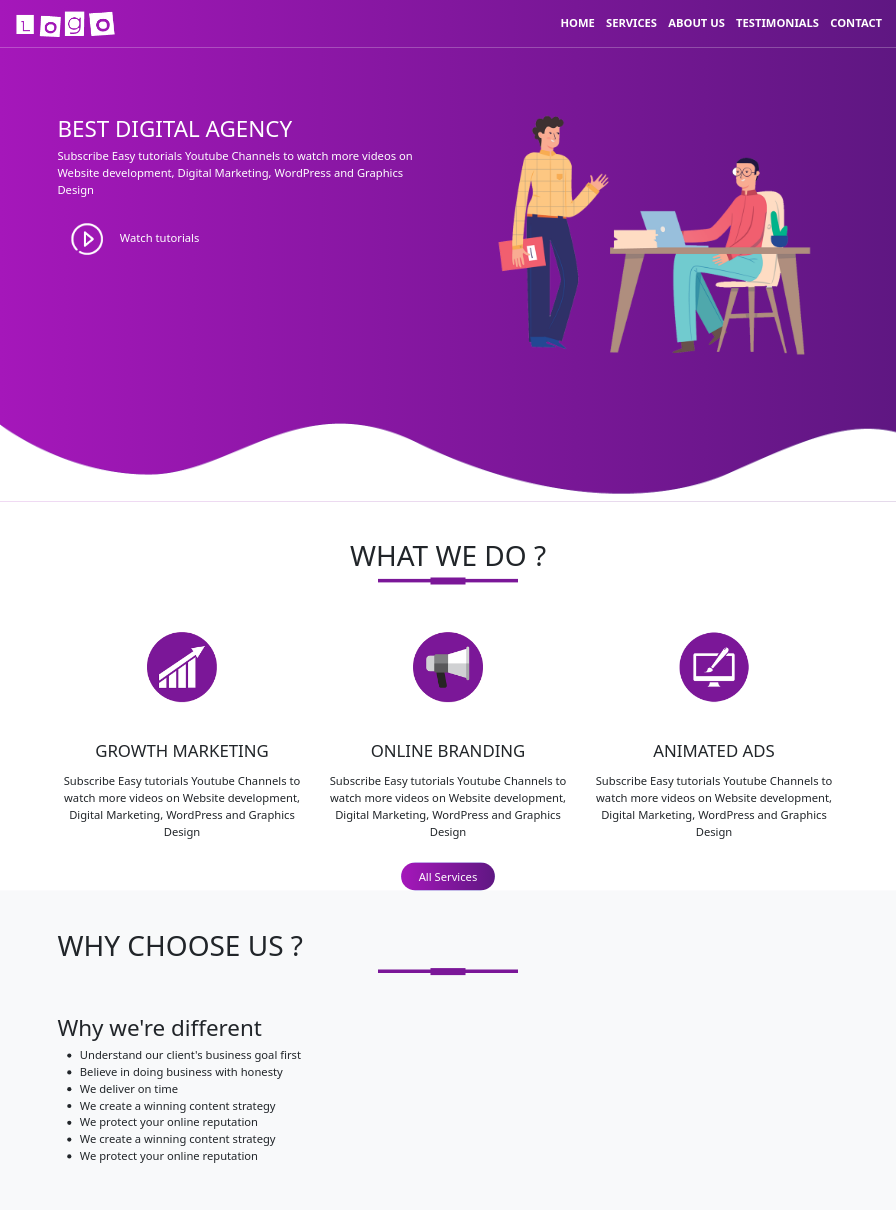
Repository: wadelfadill/Bootstrap_tache_2_website_design
Page: index.html
These files come from the project's save history. The page is drawn as it stood at one moment and after the next save; the edit follows.
The browser window is 1280 px wide. The pictures show the whole page, at 70% of full size.
Some web libraries are served in a nearby version.

Above is the page before, as saved 2023-04-05 17:40:49.

### index.html
<!DOCTYPE html>
<html lang="en">
<head>
    <meta charset="UTF-8">
    <meta http-equiv="X-UA-Compatible" content="IE=edge">
    <meta name="viewport" content="width=device-width, initial-scale=1.0">
    <!-- bootstrap css link -->
    <link href="https://cdn.jsdelivr.net/npm/bootstrap@5.1.3/dist/css/bootstrap.min.css" rel="stylesheet" integrity="sha384-1BmE4kWBq78iYhFldvKuhfTAU6auU8tT94WrHftjDbrCEXSU1oBoqyl2QvZ6jIW3" crossorigin="anonymous">
    <!-- css sheet link -->
    <link rel="stylesheet" href="style.css">
    <!-- fontawsome link -->
    <link rel="stylesheet" href="https://cdn.jsdelivr.net/npm/@fortawesome/fontawesome-free@6.2.1/css/fontawesome.min.css">
    <title>bootstrap_website_design</title>
    <script src="https://kit.fontawesome.com/8f130c8a35.js" crossorigin="anonymous"></script>
</head>
<body>
    <section id="nav-bar" class="sticky-top t-0">
        <nav class="navbar navbar-expand-lg navbar-light p-0">
            <div class="container-fluid">
              <a class="navbar-brand" href="#"><img src="images/demo-logo.png" alt="" class="w-75 h-50 p-2"></a>
              <button class="navbar-toggler" type="button" data-bs-toggle="collapse" data-bs-target="#navbarSupportedContent" aria-controls="navbarSupportedContent" aria-expanded="false" aria-label="Toggle navigation">
                <span><i class="fa-solid fa-bars fs-1" style="color: #ffffff;"></i></span>
              </button>
              <div class="collapse navbar-collapse justify-content-end" id="navbarSupportedContent">
                <ul class="navbar-nav ms-auto mb-2 mb-lg-0 ">
                  <li class="nav-item pt-0 pb-1 fw-bold">
                    <a class="nav-link active text-white float-end text-start" aria-current="page" href="#">HOME</a>
                  </li>
                  <li class="nav-item pt-0 pb-1 fw-bold">
                    <a class="nav-link text-white float-end text-start" href="#">SERVICES</a>
                  </li>
                  <li class="nav-item pt-0 pb-1 fw-bold">
                    <a class="nav-link text-white float-end text-start" href="#">ABOUT US</a>
                  </li>
                  <li class="nav-item pt-0 pb-1 fw-bold">
                    <a class="nav-link text-white float-end text-start" href="#">TESTIMONIALS</a>
                  </li>
                  <li class="nav-item pt-0 pb-1 fw-bold">
                    <a class="nav-link text-white float-end text-start" href="#">CONTACT</a>
                  </li>
                </ul>
              </div>
            </div>
          </nav>
    </section>
     <!--banner section  -->
     <section id="banner" class="text-white pt-5">
      <div class="container">
        <div class="row">
          <div class="col-md-6">
            <p class="h2 mt-5">BEST DIGITAL AGENCY</p>
            <p>
              Subscribe Easy tutorials Youtube Channels to watch more videos on
              Website development, Digital Marketing, WordPress and Graphics Design
            </p>
            <a href="" class="tuto text-white text-decoration-none"><img src="images/play.png" alt="" class="play-btn"> Watch tutorials</a>
          </div>
          <div class="col-md-6 text-center">
            <img src="images/home2.png" alt="" class="img-fluid">
          </div>
        </div>
      </div>
     <img src="images/wave1.png" alt="" class="w-100">
     </section>
     <!-- services section -->
     <section id="services" class="pt-5 pb-0">
        <div class="container text-center">
          <h1 class="title text-center">WHAT WE DO ? </h1>
          <div class="row text-center">
            <div class="col-md-4 p-3">
              <img src="images/service1.png" alt="" class="service-img">
              <h4 class="p-2 mt-5 text-uppercase">Growth Marketing</h4>
              <p>
                Subscribe Easy tutorials Youtube Channels to watch more videos on
                Website development, Digital Marketing, WordPress and Graphics Design
              </p>
            </div>
            <div class="col-md-4 p-3">
              <img src="images/service2.png" alt="" class="service-img">
              <h4 class="p-2 mt-5 text-uppercase">Online Branding</h4>
              <p>
                Subscribe Easy tutorials Youtube Channels to watch more videos on
                Website development, Digital Marketing, WordPress and Graphics Design
              </p>
            </div>
            <div class="col-md-4 p-3">
              <img src="images/service3.png" alt="" class="service-img">
              <h4 class="p-2 mt-5 text-uppercase">Animated Ads</h4>
              <p>
                Subscribe Easy tutorials Youtube Channels to watch more videos on
                Website development, Digital Marketing, WordPress and Graphics Design
              </p>
            </div>
          </div>
          <button type="button" class="btn btn-primary">All Services </button>
        </div>
     </section>
     <!-- about us  -->
     <section id="about-us">
        <div class="container">
          <h1 class="title"> WHY CHOOSE US ?</h1>
          <div class="row">
            <div class="col-md-6">
              <p class="h2 mt-4">Why we're different</p>
              <ul>
                <li>Understand our client's business goal first</li>
                <li>Believe in doing business with honesty</li>
                <li>We deliver on time</li>
                <li>We create a winning content strategy</li>
                <li>We protect your online reputation</li>
                <li>We create a winning content strategy</li>
                <li>We protect your online reputation</li>
              </ul>
            </div>
          </div>

        </div>
     </section>


        <!-- bootstrap js link -->
    <script src="https://cdn.jsdelivr.net/npm/bootstrap@5.1.3/dist/js/bootstrap.bundle.min.js" integrity="sha384-ka7Sk0Gln4gmtz2MlQnikT1wXgYsOg+OMhuP+IlRH9sENBO0LRn5q+8nbTov4+1p" crossorigin="anonymous"></script>
</body>
</html>

### style.css
*{
    margin: 0;
    padding: 0;
}
.navbar{
    background-image: linear-gradient(to right, #a517ba, #5f1782);
}
.navbar-toggler{
    outline: none !important;
}
/* Banner section */
#banner{
    background-image: linear-gradient(to right, #a517ba, #5f1782);


}
.play-btn{
    width: 45px;
    margin: 20px;
}
.service-img{
    width: 100px;
    margin-top: 20px;
}
.title::before{
    content: '';
    background: #7b1798;
    height: 5px;
    width: 200px;
    margin-left: auto;
    margin-right: auto;
    display: block;
    transform: translateY(63px);
}
.title::after{
    content: '';
    background: #7b1798;
    height: 10px;
    width: 50px;
    margin-left: auto;
    margin-right: auto;
    margin-bottom: 40px;
    display: block;
    transform: translateY(8px);
}
#services .btn-primary{
    box-shadow: none;
    padding: 8px 25px;
    border-radius: 20px;
    background-image: linear-gradient(to right, #a517ba, #5f1782);
    outline: none;
    border: none;

}
#about-us{
    background: #f8f9fa;
    padding-bottom: 50px;
    padding-top: 50px;
}

After the next save:
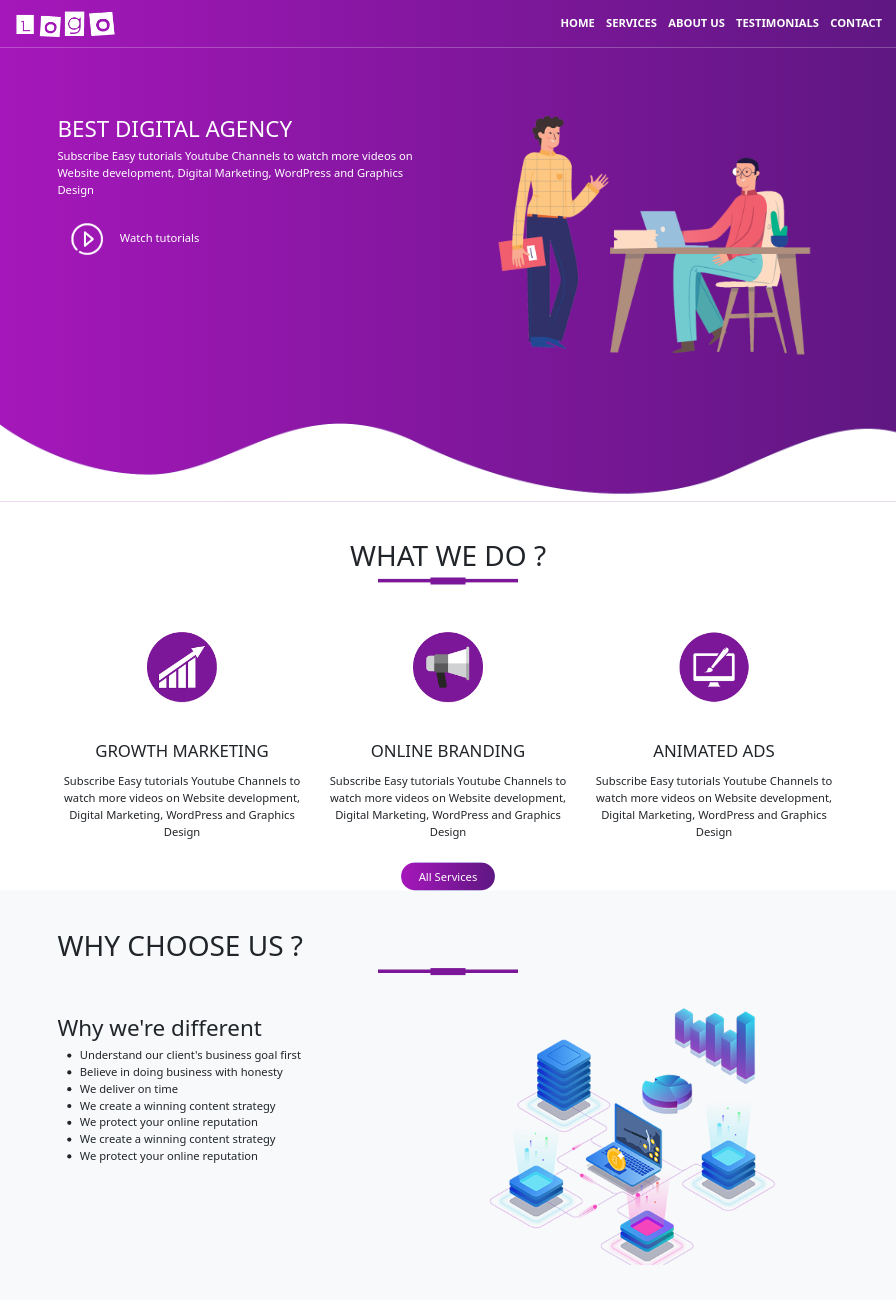
Saved 31 s later.
--- a/index.html
+++ b/index.html
@@ -112,6 +112,9 @@
                 <li>We protect your online reputation</li>
               </ul>
             </div>
+            <div class="col-md-6">
+              <img src="images/network.png" alt="">
+            </div>
           </div>
 
         </div>
